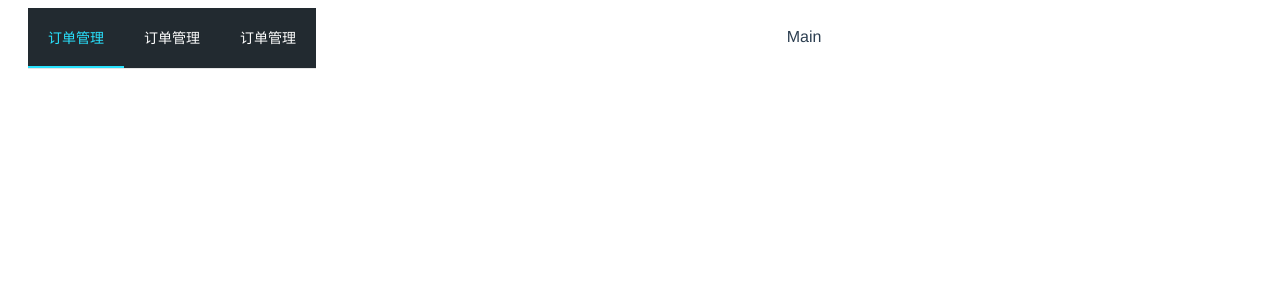
Repository: TheWomanLiketheWind/woodpecker
Page: /
These files come from the project's save history. The page is drawn as it stood at one moment and after the next save; the edit follows.
The browser window is 1280 px wide. The pictures show the whole page.
The project was rebuilt for these pictures with package versions that can differ from the ones it lists, and the page was loaded fresh each time. Imported but missing from the stored project, and not drawn on this page: src/views/About.vue.

Above is the page before, as saved 2019-07-25 14:46:59.

After the next save:
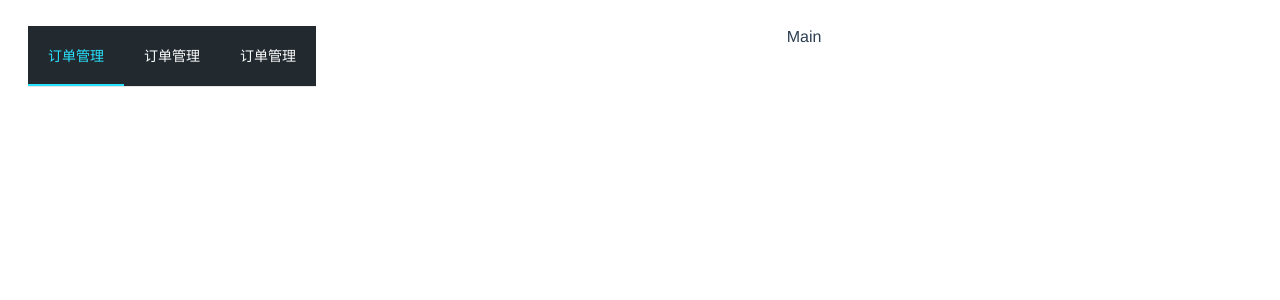
Saved 4 min 25 s later.
--- a/src/components/Head.vue
+++ b/src/components/Head.vue
@@ -1,5 +1,7 @@
 <template>
-  <el-header>
+  <el-header class="headerAll">
+    <img src=""
+         class="headImage">
     <el-menu :default-active="activeIndex"
              class="el-menu-demo"
              mode="horizontal"
@@ -49,5 +51,9 @@ export default class Head extends Vue {
 }
 </script>
 
-<style>
+<style lang="scss">
+.headerAll {
+  .headImage {
+  }
+}
 </style>
